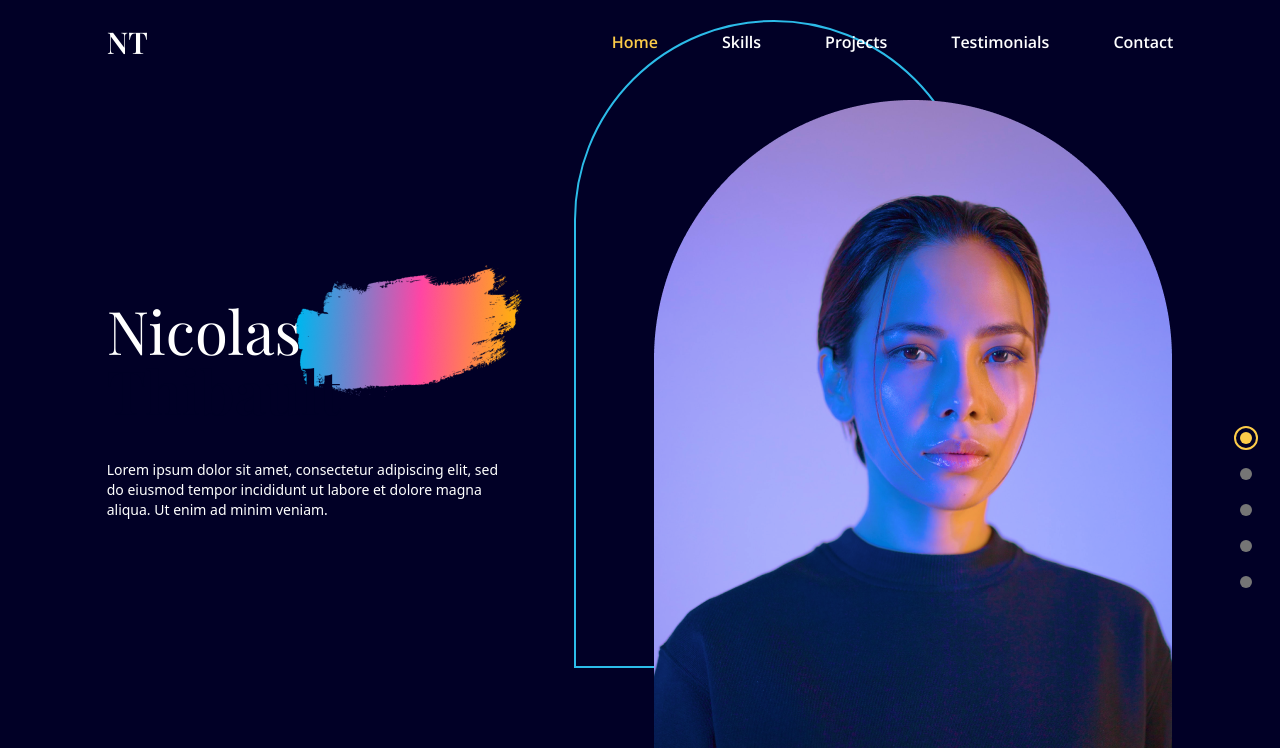
Repository: thibaultNicolas/portfolio-react
Page: /
An editor plug-in stored every save of this project. The page is shown before and after a run of saves, followed by the edit.
The browser window is 1280 px wide. The pictures show the whole page.
The project was rebuilt for these pictures with package versions that can differ from the ones it lists, and the page was loaded fresh each time. Also part of the build but not shown: next.config.ts.

Above is the page before, as saved 2023-01-08 10:46:09.

After the next 2 saves:
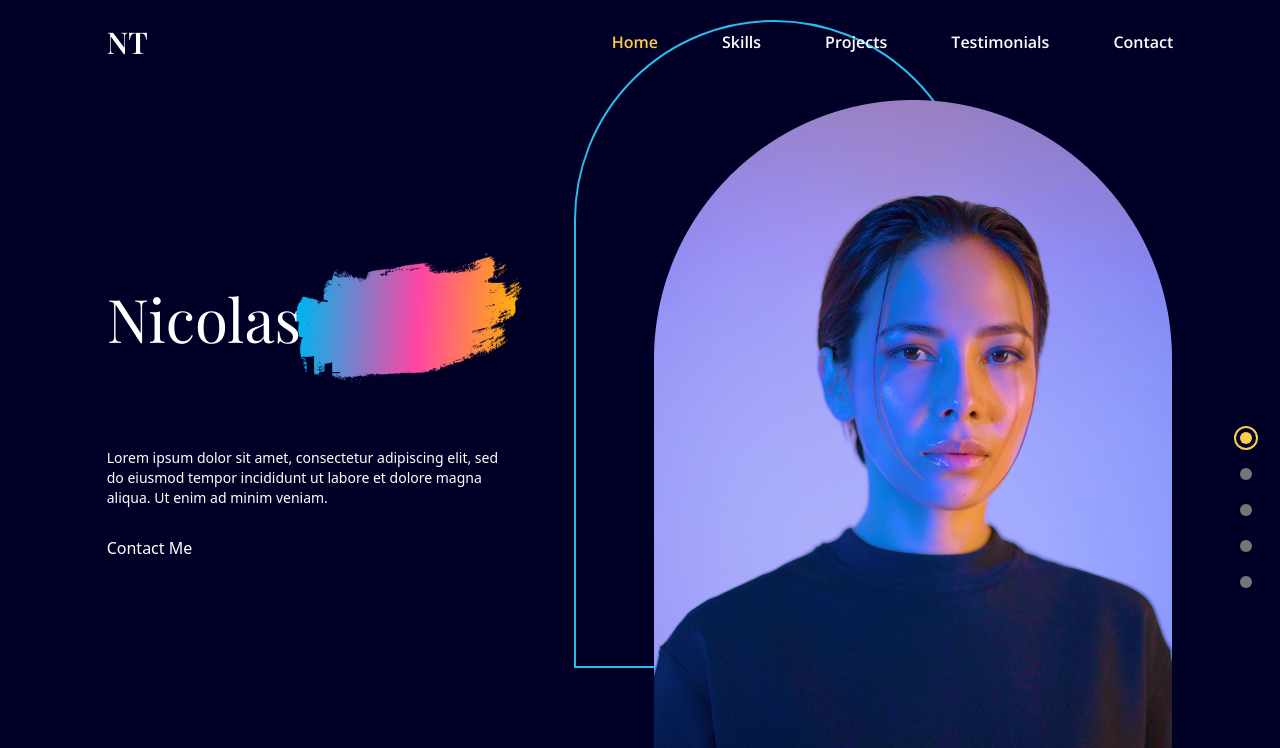
The 2 saves are shown as one change because they came seconds apart.
The last was saved 8 s later.
--- a/src/scenes/Landing.jsx
+++ b/src/scenes/Landing.jsx
@@ -72,7 +72,7 @@
                     }}
                 >
                     <AnchorLink>
-
+                        Contact Me
                     </AnchorLink>
                 </motion.div>
             </div>
